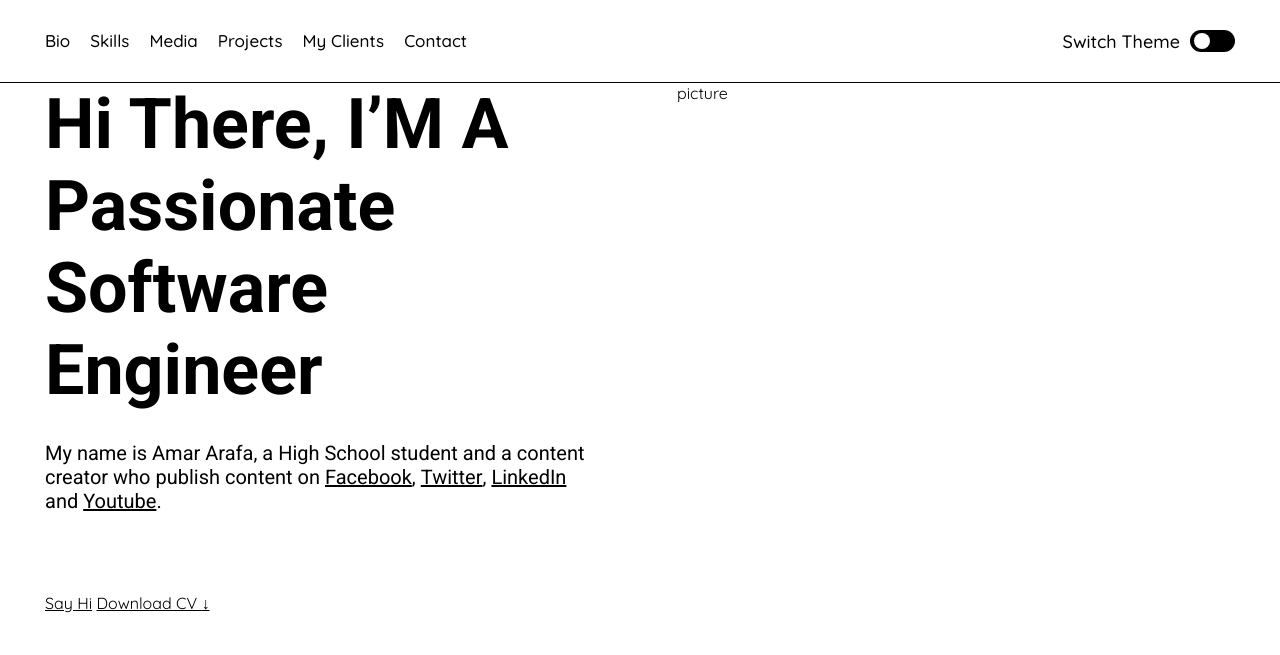
Repository: benarafa1/personal-website
Page: index.html
These files come from the project's save history. The page is drawn as it stood at one moment and after the next save; the edit follows.
The browser window is 1280 px wide. The pictures show the whole page.

Above is the page before, as saved 2025-04-12 07:32:15.

After the next save:
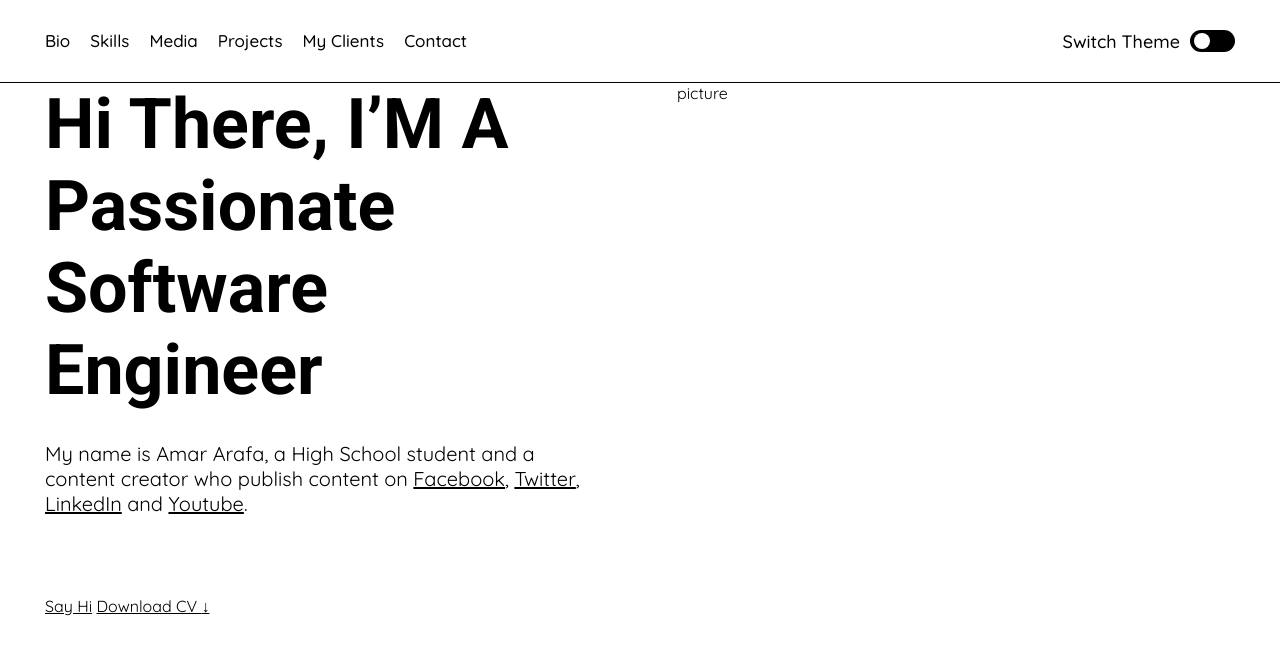
Saved 2 min 19 s later.
--- a/style.css
+++ b/style.css
@@ -168,7 +168,6 @@ html {
   font-weight: var(--font-weight-bold);
 }
 .bio__objective {
-  font-family: var(--font-family-Roboto);
   font-weight: var(--font-weight-regular);
   font-size: var(--font-size-20);
   margin: 3rem 0 8rem;
